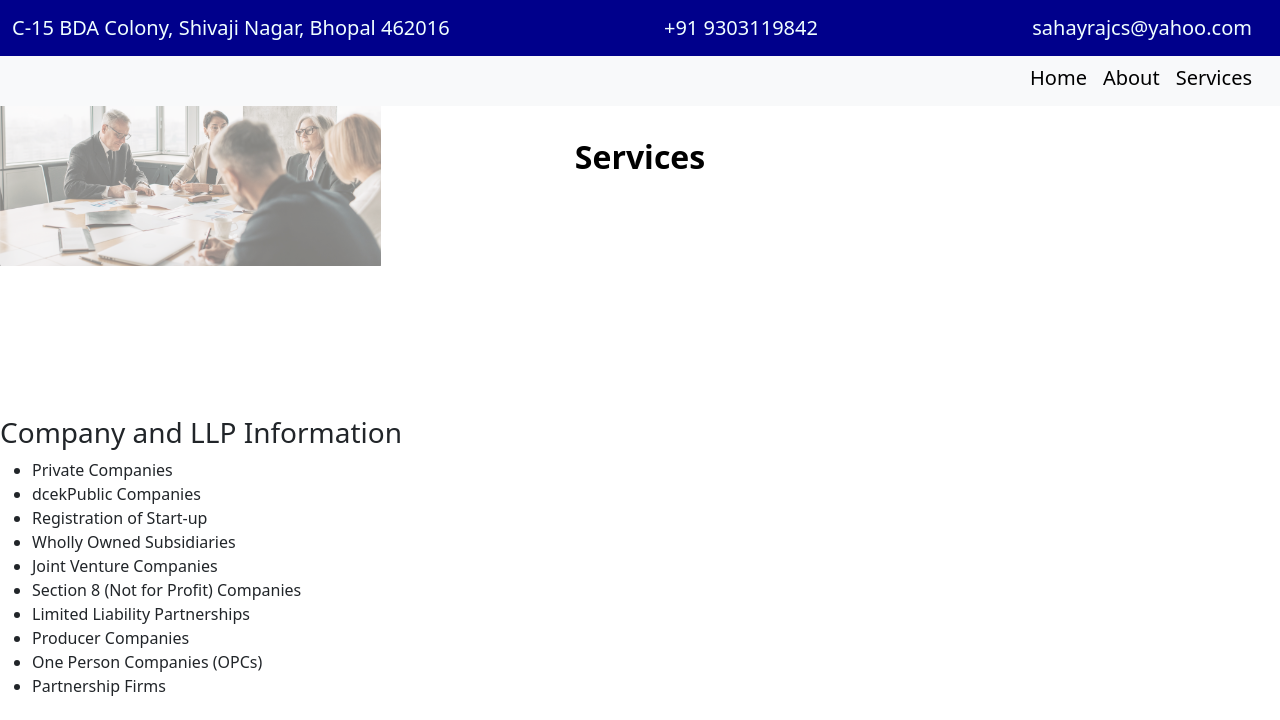
Repository: aayushiss/CS-RSS
Page: services.html
The author's editor kept a copy of each file at every save. The page is drawn from the files as they stood at one save, then again after the next save.
The browser window is 1280 px wide. The pictures show the whole page.

Above is the page before, as saved 2025-05-16 00:09:27.

### services.html
<!DOCTYPE html>
<html lang="en">
<head>
    <meta charset="UTF-8">
    <meta name="viewport" content="width=device-width, initial-scale=1.0">
    <title>R. S. Shrivastava</title>
    <link href="https://cdn.jsdelivr.net/npm/bootstrap@5.3.3/dist/css/bootstrap.min.css" rel="stylesheet"
    integrity="sha384-QWTKZyjpPEjISv5WaRU9OFeRpok6YctnYmDr5pNlyT2bRjXh0JMhjY6hW+ALEwIH" crossorigin="anonymous">
  <link rel="stylesheet" type="text/css" href="style.css">
</head>
<body>
    <nav class="navbar fixed-top custom-navbar">
    <div class="container-fluid d-flex justify-content-between">
      <a class="navbar-brand"
        href="https://www.google.com/maps/place/R+S+SHRIVASTAVA+%26+ASSOCIATES/@23.2288499,77.4244091,17z/data=!3m1!4b1!4m6!3m5!1s0x397c425fada83073:0xcb1e8ba90a487f4e!8m2!3d23.228845!4d77.426984!16s%2Fg%2F1td0r8v9?entry=ttu&g_ep=EgoyMDI1MDUxMi4wIKXMDSoASAFQAw%3D%3D"
        target="_blank">C-15 BDA Colony, Shivaji Nagar, Bhopal 462016</a>
      <a class="navbar-brand" href="" tel:+919303119842"">+91 9303119842</a>
      <a class="navbar-brand" href="mailto:sahayrajcs@yahoo.com">sahayrajcs@yahoo.com</a>
    </div>
  </nav>
  <div class="navbar-space"></div>

  <nav class="navbar sticky-top second-navbar bg-light">
    <div class="container-fluid d-flex justify-content-end">
      <a class="navbar-brand" href="index.html">Home</a>
      <a class="navbar-brand" href="about.html">About</a>
      <a class="navbar-brand" href="services.html">Services</a>
    </div>
  </nav>

  <div class="position-relative" style="margin-bottom: 150px;" id="contact-section">
    <img src="images/haveAQuery.jpg" class="img-fluid" alt="..." style="opacity: .5; height: 10rem; width: fit-content;">
    <h2 class="position-absolute start-50 translate-middle-x text-black fw-bold" style="top: 20%;">
      Services
    </h2>
  </div>
  <div class="col ml-5">
    <h3>Company and LLP Information</h3>
    <ul>
        <li>Private Companies</li>
        <li>dcekPublic Companies</li>
        <li>Registration of Start-up</li>
        <li>Wholly Owned Subsidiaries
        </li>
        <li>Joint Venture Companies
        </li>
        <li>Section 8 (Not for Profit) Companies
        </li>
        <li>Limited Liability Partnerships
        </li>
        <li>Producer Companies
        </li>
        <li>One Person Companies (OPCs)
        </li>
        <li>Partnership Firms
        </li>

    </ul>
  </div>


</body>
</html>

### style.css
.custom-navbar {
    background-color: darkblue;
}

.custom-navbar .navbar-brand {
    color: azure;
}

.navbar-space {
    margin-top: 50px;
}

.second-navbar .navbar-brand {
    color: black;
}

.custom-card {
    height: 25vh;
}

.custom-card .card-img {
    height: 100%;
    object-fit: cover;
}

.container-fluid .card {
    padding: 10px;
}

.container-fluid .card-title {
    font-family: 'Times New Roman', Times, serif;
    font-weight: bold;
    font-size: xx-large;
}

.container-fluid .col-md-8 .card-title {
    font-family: 'Times New Roman', Times, serif;
    font-size: large;
}

.footer-links ul {
    list-style: none;
    text-decoration: none;
}

.footer-links a {
    color: white;
    text-decoration: none;
}

After the next save:
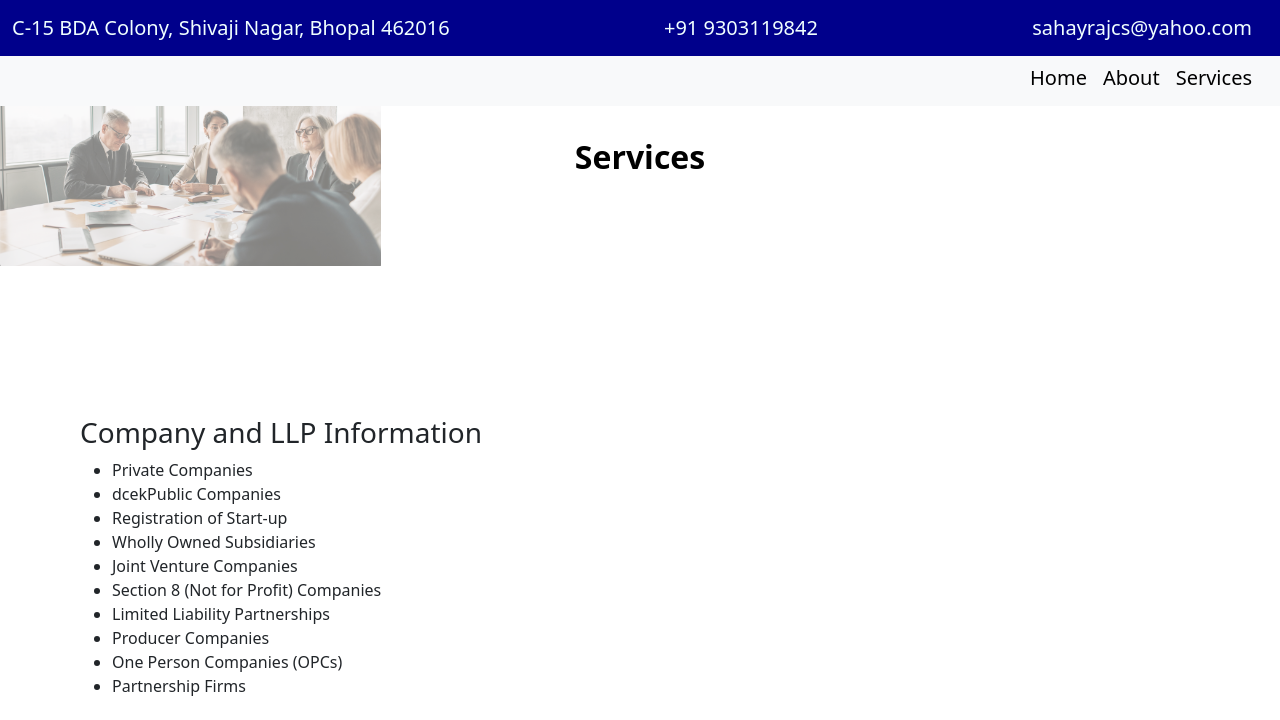
Saved 47 s later.
--- a/services.html
+++ b/services.html
@@ -34,7 +34,7 @@
       Services
     </h2>
   </div>
-  <div class="col ml-5">
+  <div class="col" style="margin-left: 5rem;">
     <h3>Company and LLP Information</h3>
     <ul>
         <li>Private Companies</li>
